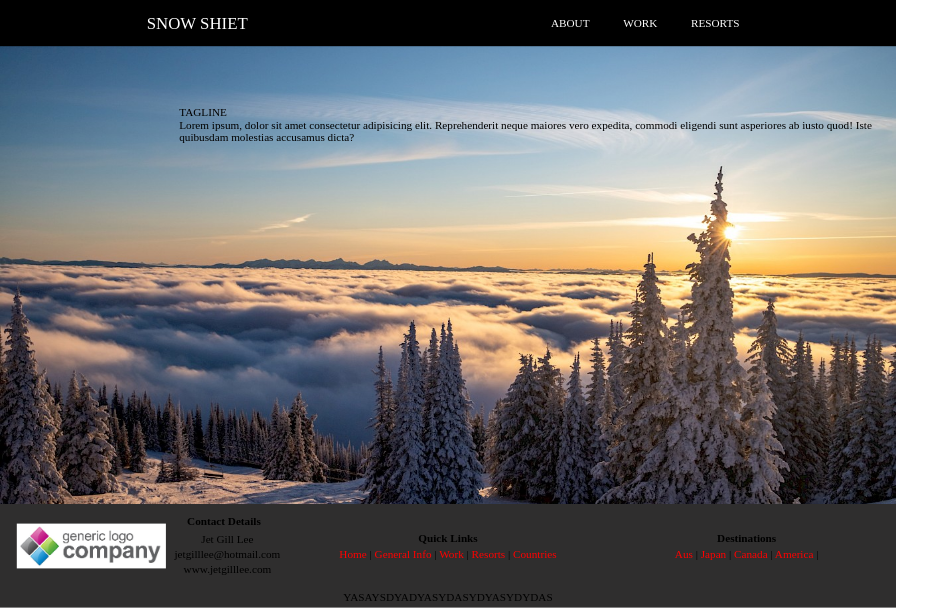
Repository: Jet-Gill-Lee/SnowSite
Page: index.html
The author's editor kept a copy of each file at every save. The page is drawn from the files as they stood at one save, then again after the next save.
The browser window is 1280 px wide. The page is 1280 px wide, then 1344 px, so the pictures cover 1344 px, including what lies to the right of the window. The pictures show the part of the page from y = 0 to 1840 px (the page is 868 px tall before and 5898 px after), at 70% of full size.

Above is the page before, as saved 2021-07-24 18:22:21.

After the next save:
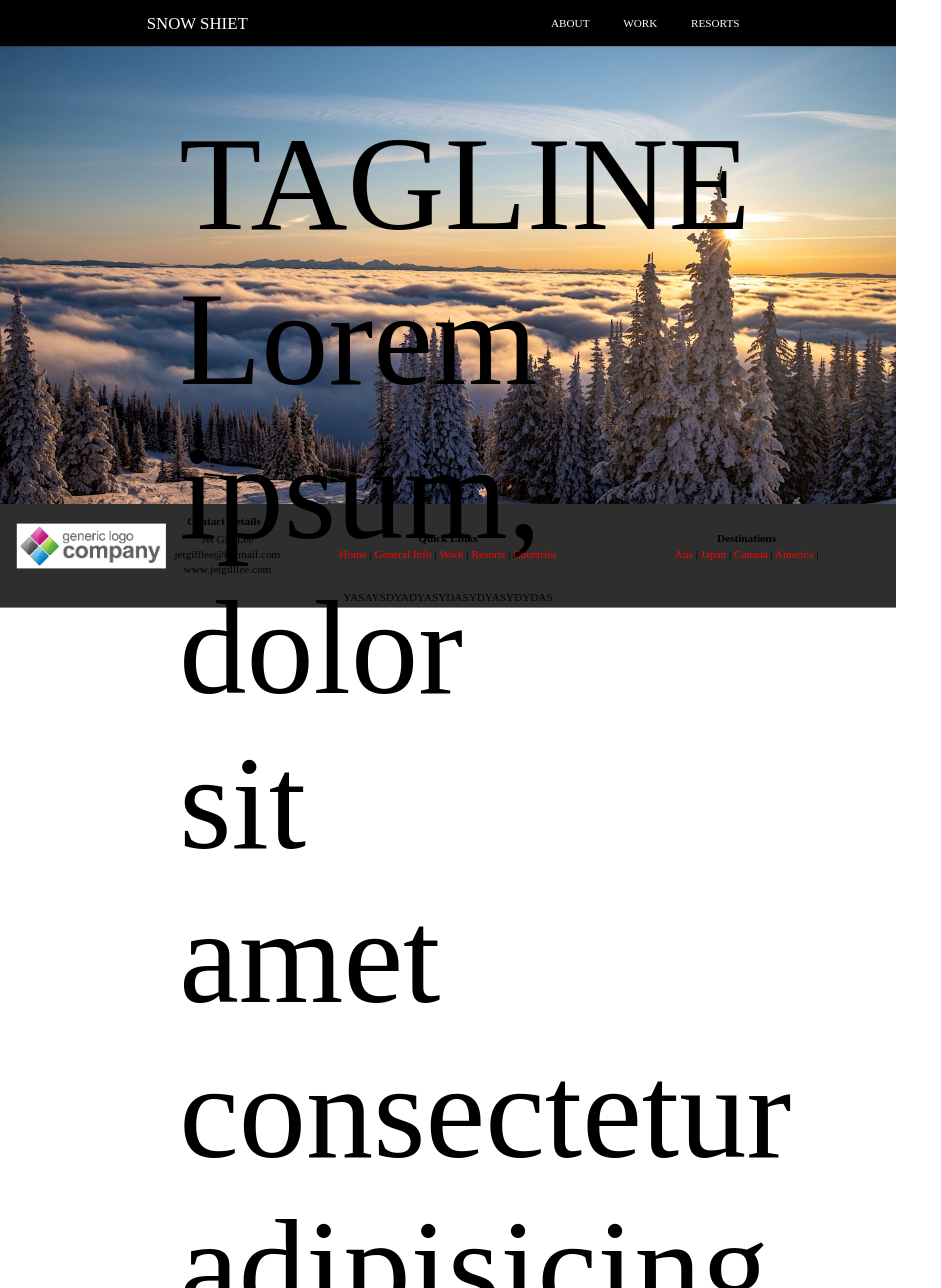
Saved 8 s later.
--- a/css/stylesheet.css
+++ b/css/stylesheet.css
@@ -70,7 +70,7 @@ body {
   padding-top: 12vh;
 }
 .hero-text {
-  width:45%
+  width:45%;
   font-size: 12rem;
 }
 .footer-flex-container {
